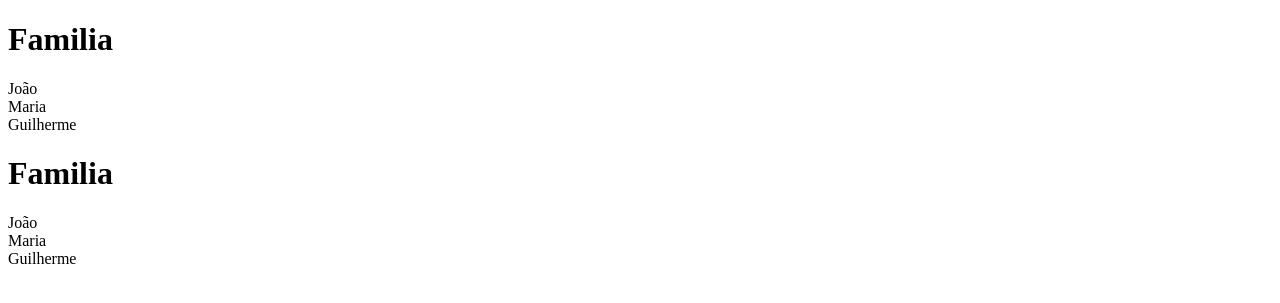
Repository: eversonps/react-fundamentos
Page: / (app in v4/)
The author's editor kept a copy of each file at every save. The page is drawn from the files as they stood at one save, then again after a run of saves.
The browser window is 1280 px wide. The pictures show the whole page.
The project was rebuilt for these pictures with package versions that can differ from the ones it lists, and the page was loaded fresh each time.

Above is the page before, as saved 2022-03-24 16:26:07.

After the next 3 saves:
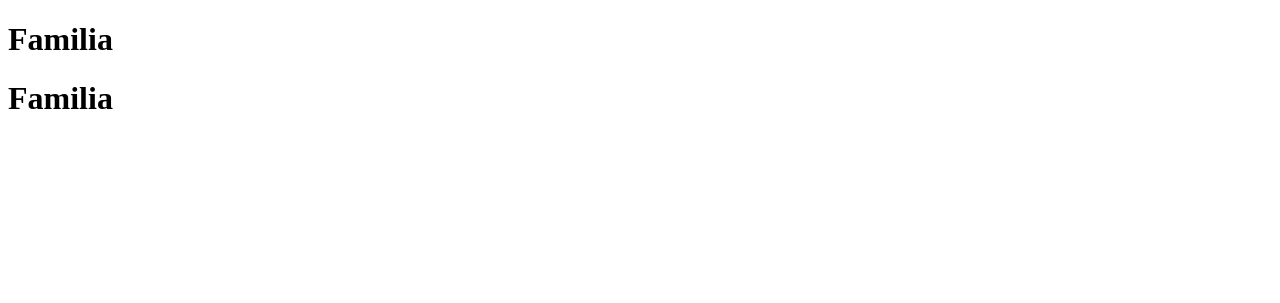
The 3 saves are shown as one change because 2 did not build or start.
The last was saved 2 min 38 s later.
--- a/v4/src/componentes/Familia.jsx
+++ b/v4/src/componentes/Familia.jsx
@@ -3,6 +3,8 @@ import React from "react";
 export default props => (
     <div>
         <h1>Familia</h1>
-        {props.children}
+        {React.Children.map(props.children, children => {
+            React.cloneElement(children, {...props})
+        })}
     </div>
 )
